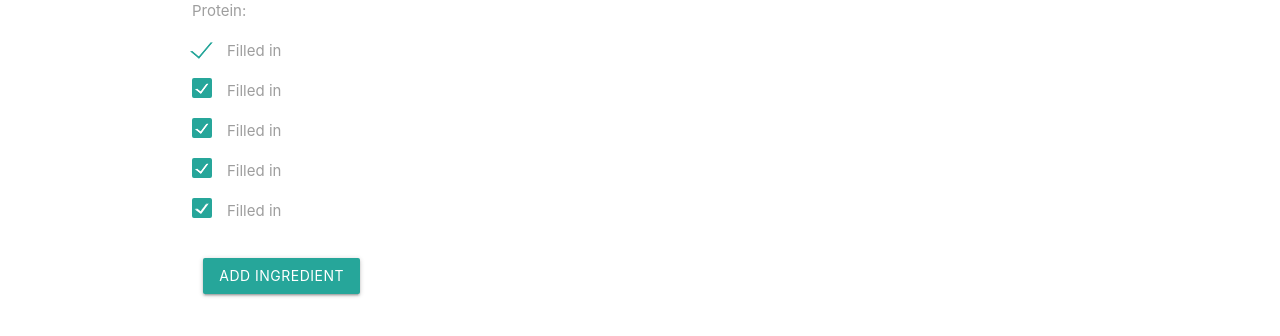
Repository: Aaron-R-Carter/Project1
Page: prototype.html
An editor plug-in stored every save of this project. The page is shown before and after the next save, followed by the edit.
The browser window is 1280 px wide. The pictures show the whole page.

Above is the page before, as saved 2019-10-31 22:55:52.
Console error: SyntaxError: Unexpected token '<'

### prototype.html
<!DOCTYPE html>
<html>

<head>
    <!--Import Google Icon Font-->
    <link href="https://fonts.googleapis.com/icon?family=Material+Icons" rel="stylesheet">
    <!--Import materialize.css-->
    <link rel="stylesheet" href="https://cdnjs.cloudflare.com/ajax/libs/materialize/1.0.0/css/materialize.min.css">
    <link rel="stylesheet" href="./prototype.css">
    <!--Let browser know website is optimized for mobile-->
    <meta name="viewport" content="width=device-width, initial-scale=1.0" />

</head>

<body>

    <div class="container">
        <div id="check-box" class="row">
            <label type="text" class="label">Protein:</label>
            <form action="#">
                <p>
                    <label>
                        <input type="checkbox" class="" checked="checked" />
                        <span>Filled in</span>
                    </label>
                </p>
                <p>
                    <label>
                        <input type="checkbox" class="filled-in" checked="checked" />
                        <span>Filled in</span>
                    </label>
                </p>
                <p>
                    <label>
                        <input type="checkbox" class="filled-in" checked="checked" />
                        <span>Filled in</span>
                    </label>
                </p>
                <p>
                    <label>
                        <input type="checkbox" class="filled-in" checked="checked" />
                        <span>Filled in</span>
                    </label>
                </p>
                <p>
                    <label>
                        <input type="checkbox" class="filled-in" checked="checked" />
                        <span>Filled in</span>
                    </label>
                </p>
            </form>
        </div>

        <form id="ingredient-add-btn" class="row">

            <!-- Button will trigger new ingredient to be added -->
            <div class="col s 12">
                <input id="add " class="btn btn-primary mb-2" type="submit" value="add ingredient">
            </div>
        </form>


        <div id="ingredient-view-button"></div>

    </div>



    <script src="https://code.jquery.com/jquery-3.4.1.min.js"
        integrity="sha256-CSXorXvZcTkaix6Yvo6HppcZGetbYMGWSFlBw8HfCJo=" crossorigin="anonymous"></script>
    <script src="https://cdnjs.cloudflare.com/ajax/libs/materialize/1.0.0/js/materialize.min.js"></script>
    <script src="./script.js"></script>

</body>

</html>

### prototype.css
#form-page {
    width: 100%;
    height: 200px;
    border: 2px solid black;
}
.label {
    font-size: 15px;
}
#ingredient-input {
    width: 100%;
    height: 200px;
    border: 2px solid black;
}

### script.js

    <div id="left-box">
    <form id="ingredient-form">
        <label for="ingredient-input">List of Ingredients:</label>
        <br>
        <input type="text" id="ingredient-input" placeholder="Ingredients">

        <!-- Button will trigger new ingredients to be added -->
        <input id="add " class="btn btn-primary mb-2" type="submit" value="Add a zipcode">
    </form>

    <div id="zipcode-view"></div>
</div>

After the next save:
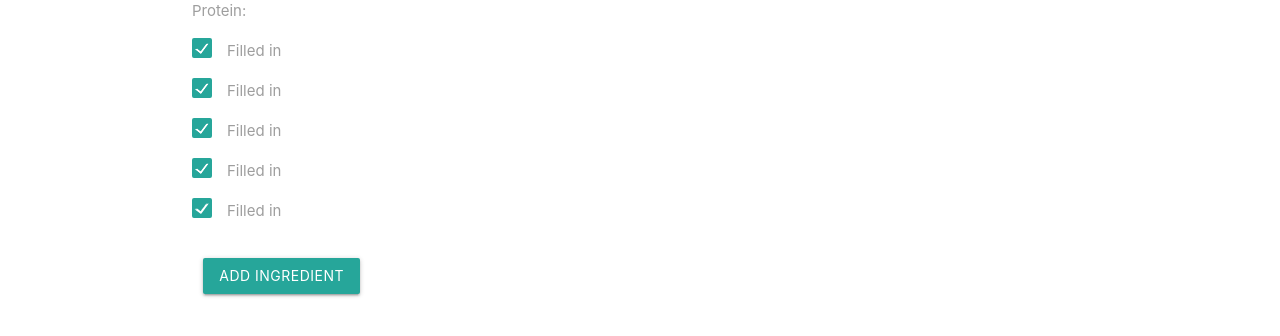
Saved 4 s later.
--- a/prototype.html
+++ b/prototype.html
@@ -20,7 +20,7 @@
             <form action="#">
                 <p>
                     <label>
-                        <input type="checkbox" class="" checked="checked" />
+                        <input type="checkbox" class="filled-in" checked="checked" />
                         <span>Filled in</span>
                     </label>
                 </p>
